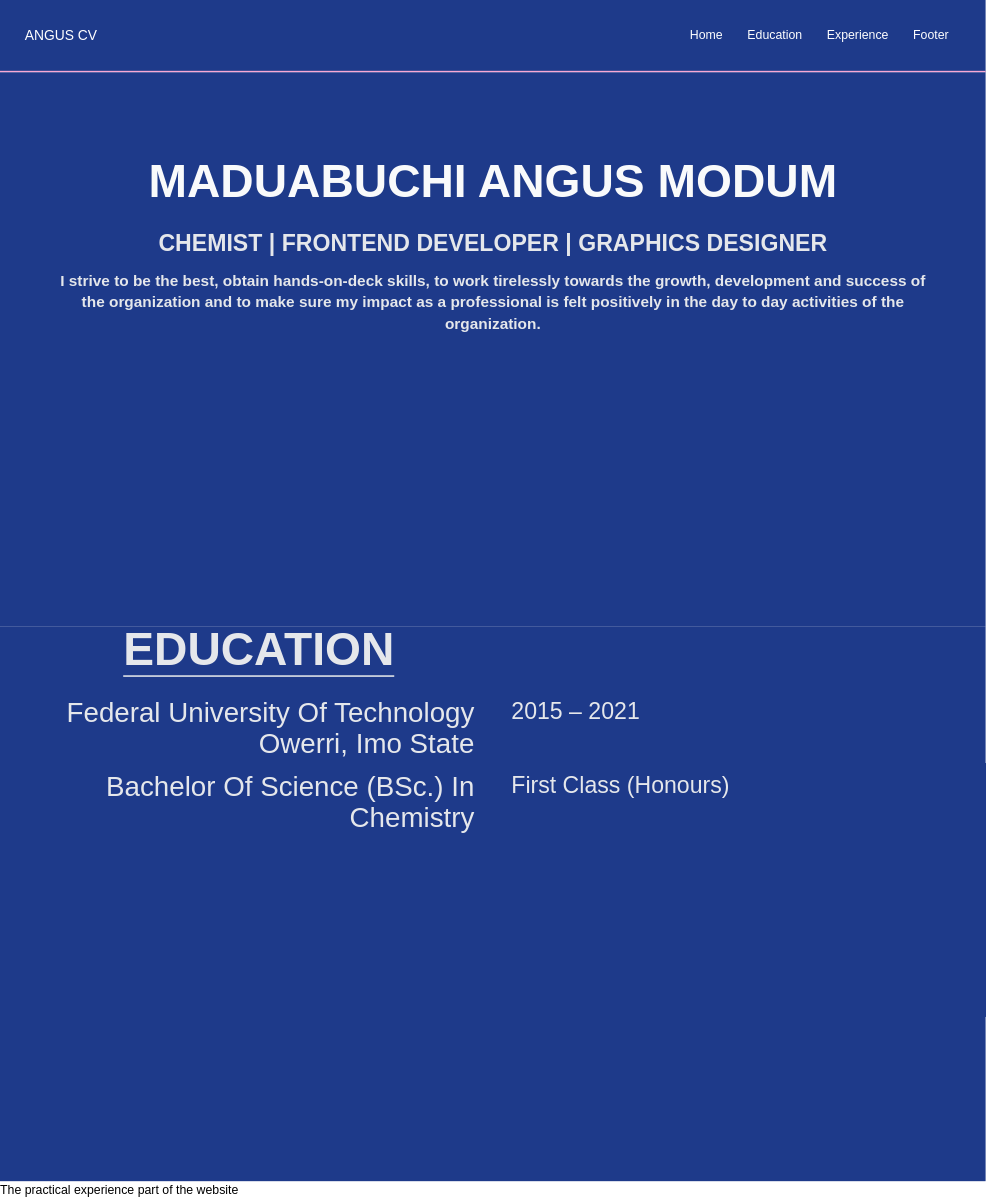
Repository: AngusOnyebuchi/AngusOnyebuchi.github.io
Page: /
These files come from the project's save history. The page is drawn as it stood at one moment and after the next save; the edit follows.
The browser window is 1280 px wide. The pictures show the whole page, at 77% of full size.
The project was rebuilt for these pictures with package versions that can differ from the ones it lists, and the page was loaded fresh each time.

Above is the page before, as saved 2022-04-17 19:52:27.

### public/index.html
<!DOCTYPE html>
<html lang="en">
  <head>
    <meta charset="utf-8" />
    <link rel="icon" href="%PUBLIC_URL%/favicon.ico" />
    <meta name="viewport" content="width=device-width, initial-scale=1" />
    <meta name="theme-color" content="#000000" />
    <meta
      name="description"
      content="Web site created using create-react-app"
    />
    <link rel="apple-touch-icon" href="%PUBLIC_URL%/logo192.png" />
    <!--
      manifest.json provides metadata used when your web app is installed on a
      user's mobile device or desktop. See https://developers.google.com/web/fundamentals/web-app-manifest/
    -->
    <link rel="manifest" href="%PUBLIC_URL%/manifest.json" />
    <!--
      Notice the use of %PUBLIC_URL% in the tags above.
      It will be replaced with the URL of the `public` folder during the build.
      Only files inside the `public` folder can be referenced from the HTML.

      Unlike "/favicon.ico" or "favicon.ico", "%PUBLIC_URL%/favicon.ico" will
      work correctly both with client-side routing and a non-root public URL.
      Learn how to configure a non-root public URL by running `npm run build`.
    -->
    <title>Angus CV </title>
  </head>
  <body>
    <noscript>You need to enable JavaScript to run this app.</noscript>
    <div id="root"></div>
    <!--
      This HTML file is a template.
      If you open it directly in the browser, you will see an empty page.

      You can add webfonts, meta tags, or analytics to this file.
      The build step will place the bundled scripts into the <body> tag.

      To begin the development, run `npm start` or `yarn start`.
      To create a production bundle, use `npm run build` or `yarn build`.
    -->
  </body>
</html>

### src/index.js
import React from "react";
import ReactDOM from "react-dom";
import "./style.css"
import App from "./App";

ReactDOM.render(<App/>, document.getElementById("root"))

### src/style.css
@tailwind base;
@tailwind components;
@tailwind utilities;

@layer base {
    body{
        @apply font-[Sans-serif];
    }
    li {
        @apply px-4;
        @apply cursor-pointer;
    }
}

### src/App.js
import React from "react";
import Home from "./components/Home"
import Education from "./components/Education";
import Experience from "./components/Experience";
import NavBar from "./components/NavBar";

export default function App() {
  return (
    <div>
      <NavBar/>
      <Home/>
      <Education/>
      <Experience/>
    </div>
  )
}

### src/components/Home.js
import React from "react";
import {FaWhatsapp, FaLocationArrow, FaSearchLocation} from "react-icons/fa"
import {HiOutlineMail} from "react-icons/hi"

export default function Home() {
    return (
        <div className="w-full h-screen p-4 bg-blue-900 text-gray-200">
            <h1 className="text-4xl md:text-6xl font-bold uppercase pt-24 text-center text-gray-50">Maduabuchi Angus Modum</h1>
            <h3 className="text-xl md:text-3xl font-bold uppercase pt-8 text-center">Chemist  |  Frontend Developer  |  Graphics Designer</h3>
            <p className="font-bold text-center justify-center text-lg md:text-xl max-w-[1200px] mx-12 mt-4">I strive to be the best, obtain hands-on-deck skills,
                to work tirelessly towards the growth, development and success of the organization and to make sure my impact
                as a professional is felt positively in the day to day activities of the organization.</p>

        </div>
    )
}

### src/components/Education.js
import React from "react";

export default function Education() {
    return(
        <div className="bg-blue-900 w-full h-screen text-gray-200">
            <h1 className="text-4xl md:text-6xl font-bold uppercase pt-24 text-center text-gray-200 inline border-b-2 ml-40">Education</h1>
            <div className="grid grid-cols-2 gap-12 mx-16 pt-8 ">
                <h3 className="capitalize text-xl md:text-4xl text-right">Federal university of technology owerri, Imo state</h3>
                <h4 className="text-lg md:text-3xl ">2015 – 2021</h4>
            </div>
            <div className="grid grid-cols-2 gap-12 mx-16 pt-4">
                <h3 className="capitalize text-xl md:text-4xl text-right">Bachelor of Science (BSc.) in Chemistry</h3>
                <h4 className="text-lg md:text-3xl ">First Class (Honours)</h4>
            </div>
        </div>
    )
}

### src/components/Experience.js
import React from "react";

export default function Experience() {
    return(
        <div>
            <h1>The practical experience part of the website</h1>
        </div>
    )
}

### src/components/NavBar.js
import React, {useState} from "react";
import {FaTimes, FaBars} from "react-icons/fa"

export default function NavBar() {

    const [nav, setNav] = useState(true)
    const toggle = () => setNav(!nav)

    return(
        <div className="bg-blue-900 text-white w-full p-8 flex justify-between items-center border-b-2 border-pink-300">
            <h1 className="uppercase text-lg">Angus CV</h1>

            <ul className=" hidden sm:flex justify-between">
                <li className="hover:border-b-2 border-pink-300 ">Home</li>
                <li className="hover:border-b-2 border-pink-300 ">Education</li>
                <li className="hover:border-b-2 border-pink-300 ">Experience</li>
                <li className="hover:border-b-2 border-pink-300 ">Footer</li>
            </ul>

            {/** Mobile list */}
            <div onClick={toggle} className="sm:hidden z-10">
                {nav ? <FaBars/> : <FaTimes/>}
            </div>
            <ul className={nav ? 'hidden' : 'absolute top-0 left-0 w-full h-screen bg-inherit flex flex-col justify-center items-center my-8 sm:hidden'}>
                    <li>Home</li>
                    <li>Education</li>
                    <li>Experience</li>
                    <li>Footer</li>
            </ul>
        </div>
    )
}

Loaded but not shown: tailwind.config.js (common file)

After the next save:
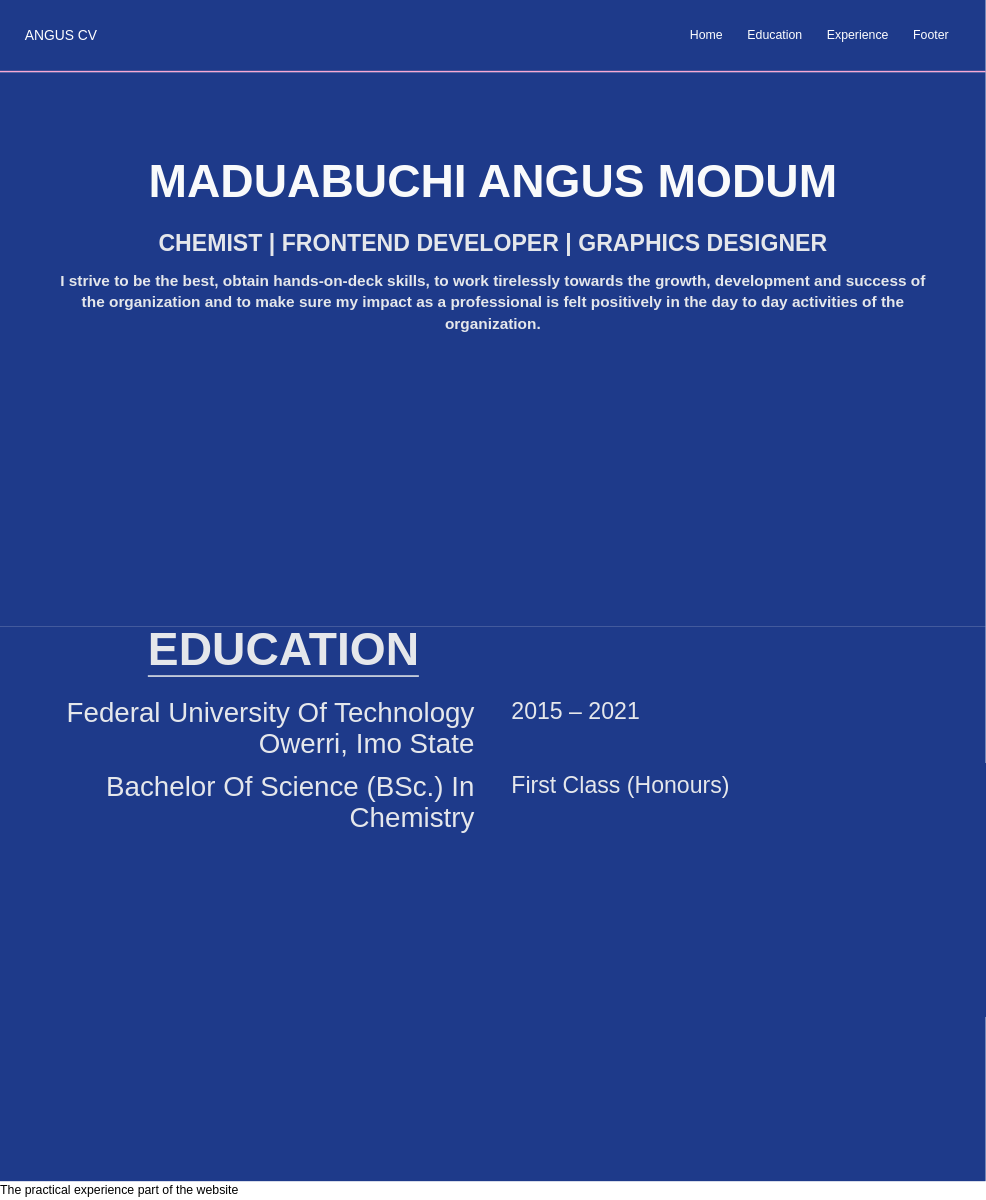
Saved 13 s later.
--- a/src/components/Education.js
+++ b/src/components/Education.js
@@ -3,7 +3,7 @@ import React from "react";
 export default function Education() {
     return(
         <div className="bg-blue-900 w-full h-screen text-gray-200">
-            <h1 className="text-4xl md:text-6xl font-bold uppercase pt-24 text-center text-gray-200 inline border-b-2 ml-40">Education</h1>
+            <h1 className="text-4xl md:text-6xl font-bold uppercase pt-24 text-center text-gray-200 inline border-b-2 ml-48">Education</h1>
             <div className="grid grid-cols-2 gap-12 mx-16 pt-8 ">
                 <h3 className="capitalize text-xl md:text-4xl text-right">Federal university of technology owerri, Imo state</h3>
                 <h4 className="text-lg md:text-3xl ">2015 – 2021</h4>
